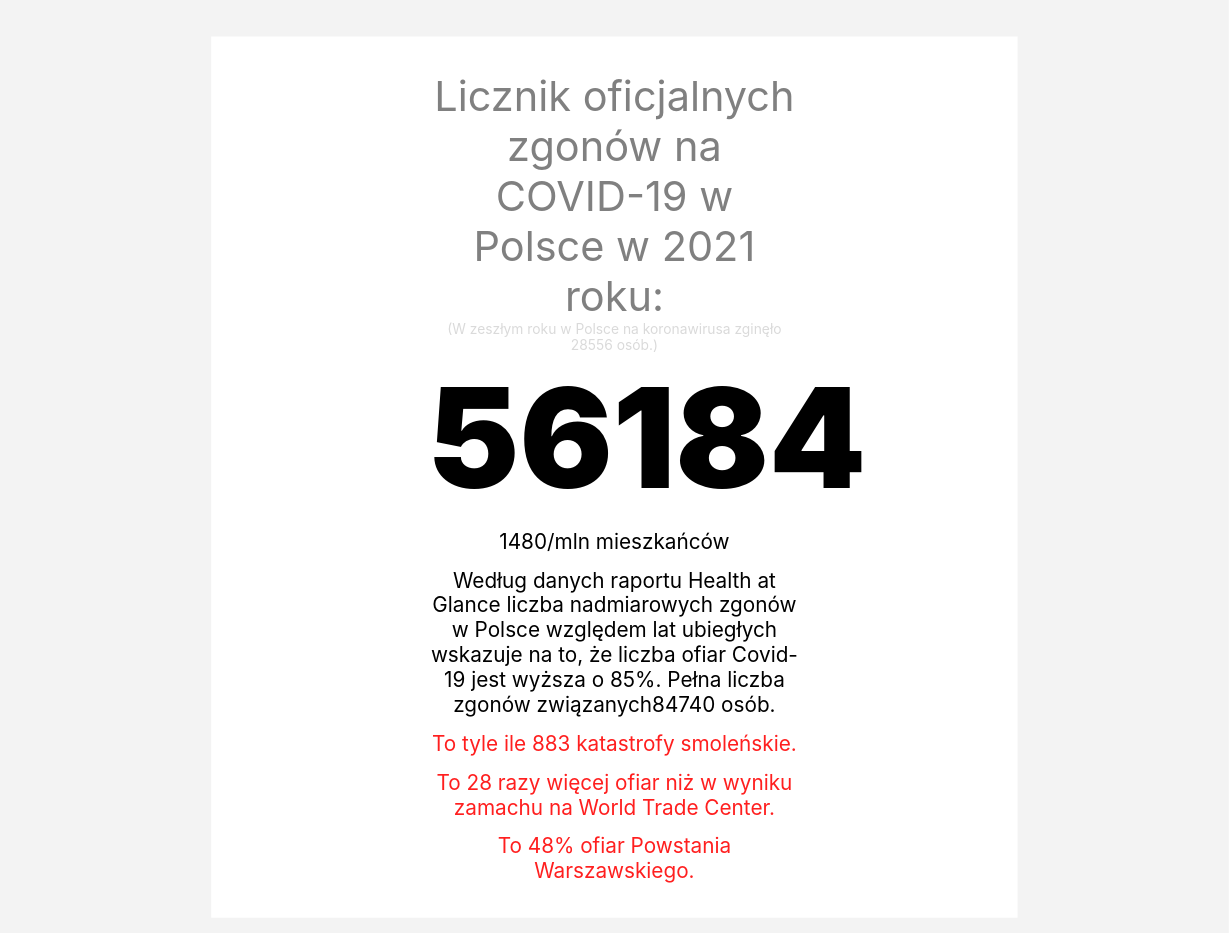
Repository: michalgornicki/poland-covid
Page: /
These files come from the project's save history. The page is drawn as it stood at one moment and after the next save; the edit follows.
The browser window is 1280 px wide. The pictures show the whole page, at 96% of full size.
The project was rebuilt for these pictures with package versions that can differ from the ones it lists, and the page was loaded fresh each time.

Above is the page before, as saved 2021-12-04 21:10:37.

After the next save:
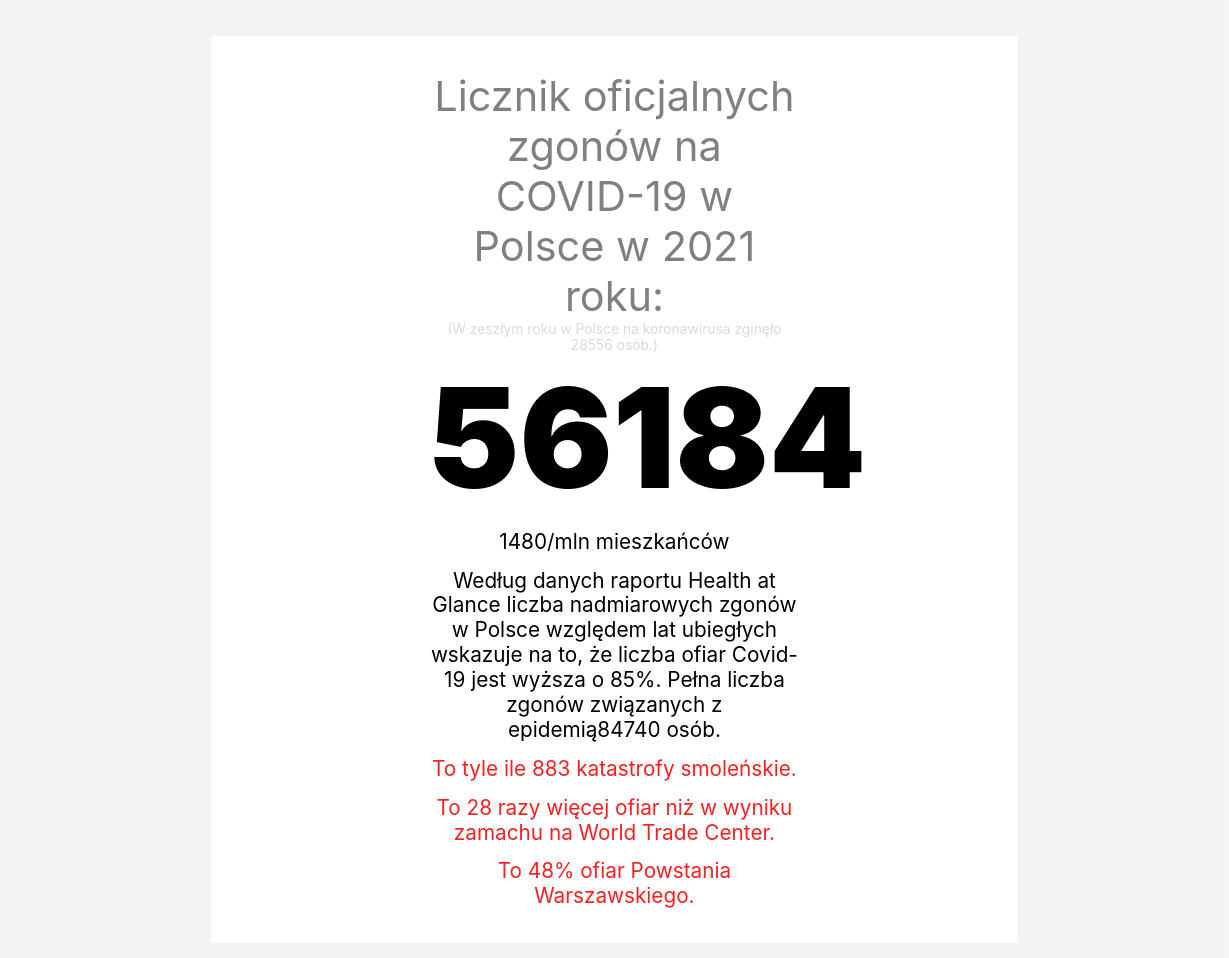
Saved 12 s later.
--- a/src/App.jsx
+++ b/src/App.jsx
@@ -22,7 +22,7 @@ function App() {
     document.getElementsByClassName("counter-3")[0].innerHTML =
       "Łącznie na Covid-19 zginęło w Polsce już " + (deaths + 28556) + " osób.";
       document.getElementsByClassName("counter-3")[0].innerHTML =
-      "Według danych raportu Health at Glance liczba nadmiarowych zgonów w Polsce względem lat ubiegłych wskazuje na to, że liczba ofiar Covid-19 jest wyższa o 85%. Pełna liczba zgonów związanych" + (deaths + 28556) + " osób.";
+      "Według danych raportu Health at Glance liczba nadmiarowych zgonów w Polsce względem lat ubiegłych wskazuje na to, że liczba ofiar Covid-19 jest wyższa o 85%. Pełna liczba zgonów związanych z epidemią" + (deaths + 28556) + " osób.";
     document.getElementsByClassName("counter-4")[0].innerHTML =
       "To tyle ile " + smolensk + " katastrofy smoleńskie.";
       document.getElementsByClassName("counter-4")[1].innerHTML =
